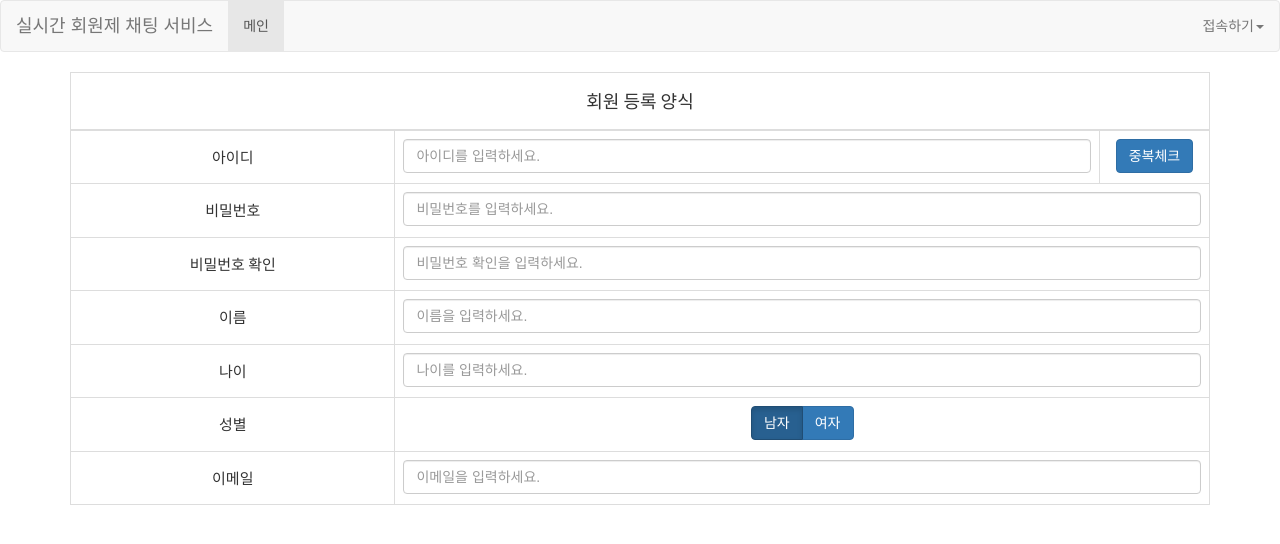
Repository: pojh5090/membership
Page: http://localhost/UserChat/join.jsp
These files come from the project's save history. The page is drawn as it stood at one moment and after the next save; the edit follows.
The browser window is 1280 px wide. The pictures show the whole page.
Some web fonts or font styles are not loaded; a fallback is used. Some web libraries are served in a nearby version. The page is served by Tomcat 9. Nobody is signed in. The application's start-up code is not run.

Above is the page before, as saved 2020-03-25 06:08:47.

After the next save:
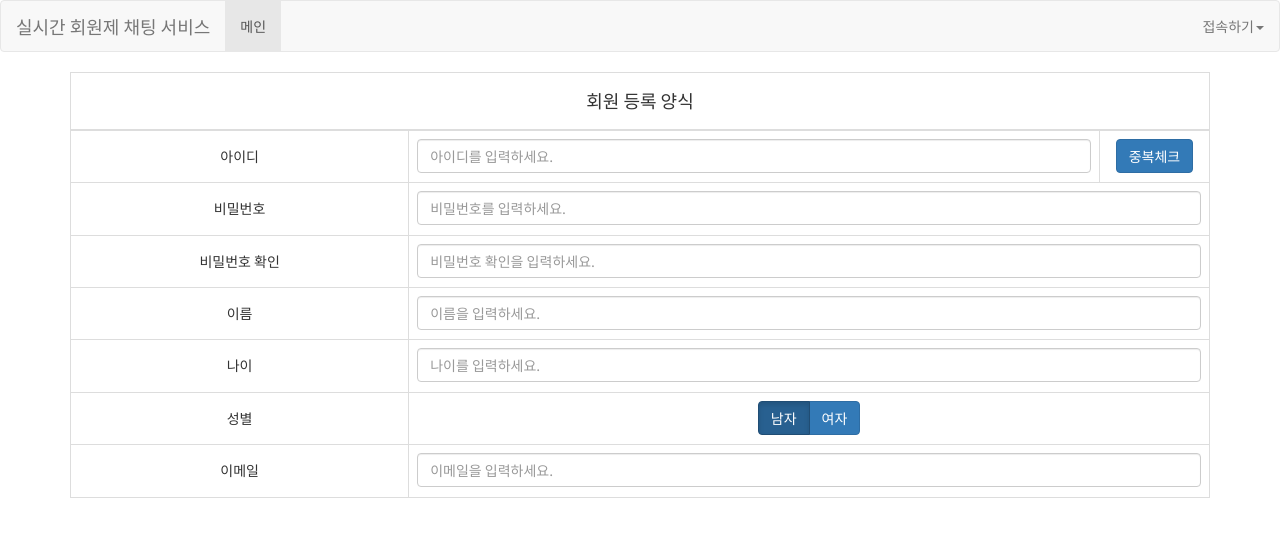
Saved 2 min 26 s later.
--- a/UserChat/WebContent/css/custom.css
+++ b/UserChat/WebContent/css/custom.css
@@ -1,22 +1,21 @@
-@import url('https://fonts.googleapis.com/css?family=Nanum+Gothic|Nanum+Pen+Script|Noto+Sans+KR&display=swap');
+@import url('https://fonts.googleapis.com/css?family=Noto+Sans+KR:400,500,700,900&display=swap&subset=korean');
 * {
-	font-family: 'Nanum Gothic', sans-serif;
+	font-family: 'Noto Sans KR', sans-serif;
 }
 h5 {
 	font-family: 'Noto Sans KR', sans-serif;
-	font-size : 15px;
 }
 h4 {
 	font-family: 'Noto Sans KR', sans-serif;
 }
 h3 {
-	font-family: 'Nanum Pen Script', cursive;
+	font-family: 'Noto Sans KR', sans-serif;
 }
 h2 {
-	font-family: 'Nanum Pen Script', cursive;
+	font-family: 'Noto Sans KR', sans-serif;
 }
 h1 {
-	font-family: 'Nanum Pen Script', cursive;
+	font-family: 'Noto Sans KR', sans-serif;
 }
 /*테이블 관련 디자인 처리 */
 thead th {
